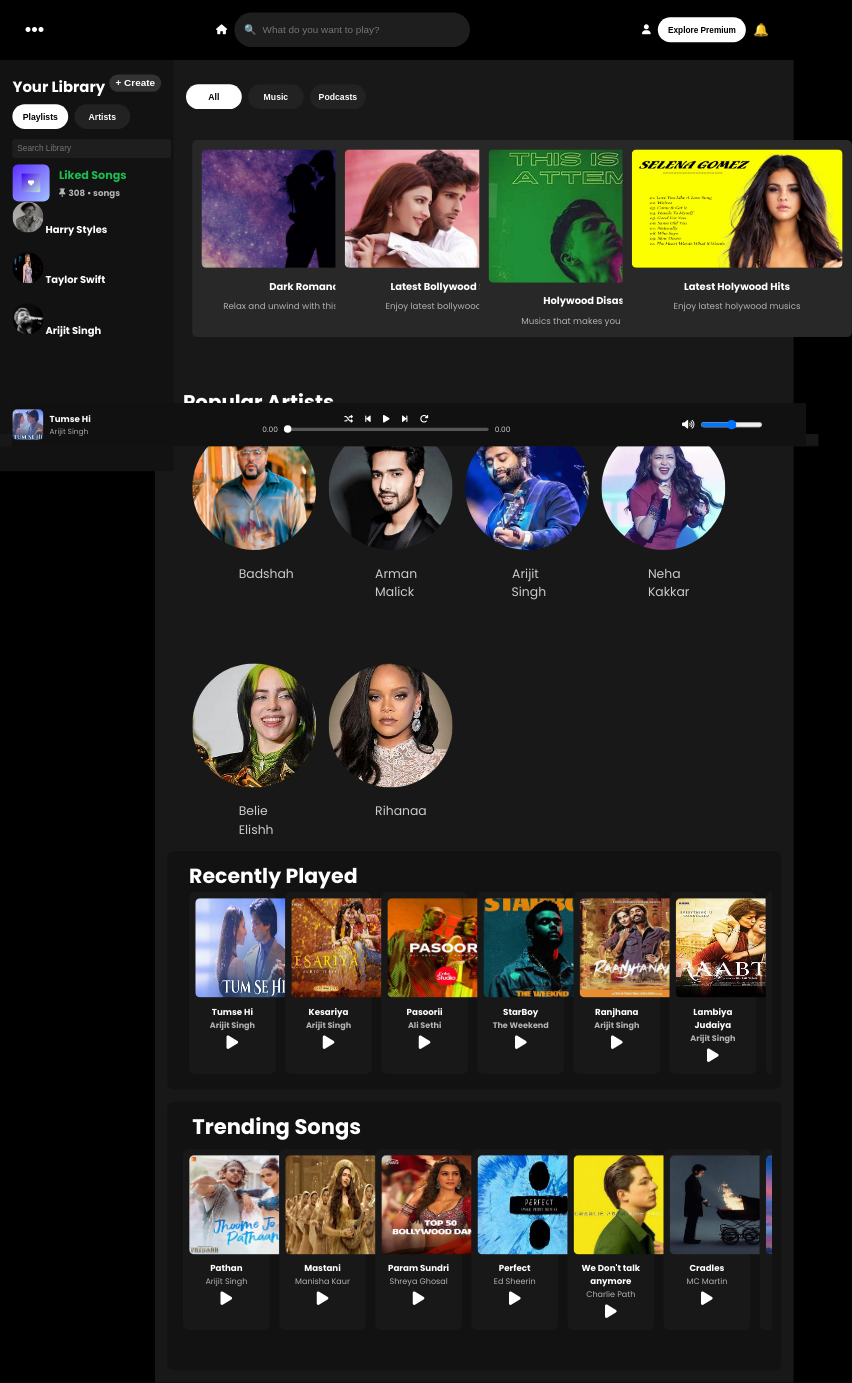
Repository: IshikaSinghRajput/Spotify_Clone
Page: index.html
An editor plug-in stored every save of this project. The page is shown before and after the next save, followed by the edit.
The browser window is 1280 px wide. The page is 1374 px wide, so the pictures cover 1374 px, including what lies to the right of the window. The pictures show the whole page, at 62% of full size.

Above is the page before, as saved 2025-04-26 15:51:53.

After the next save:
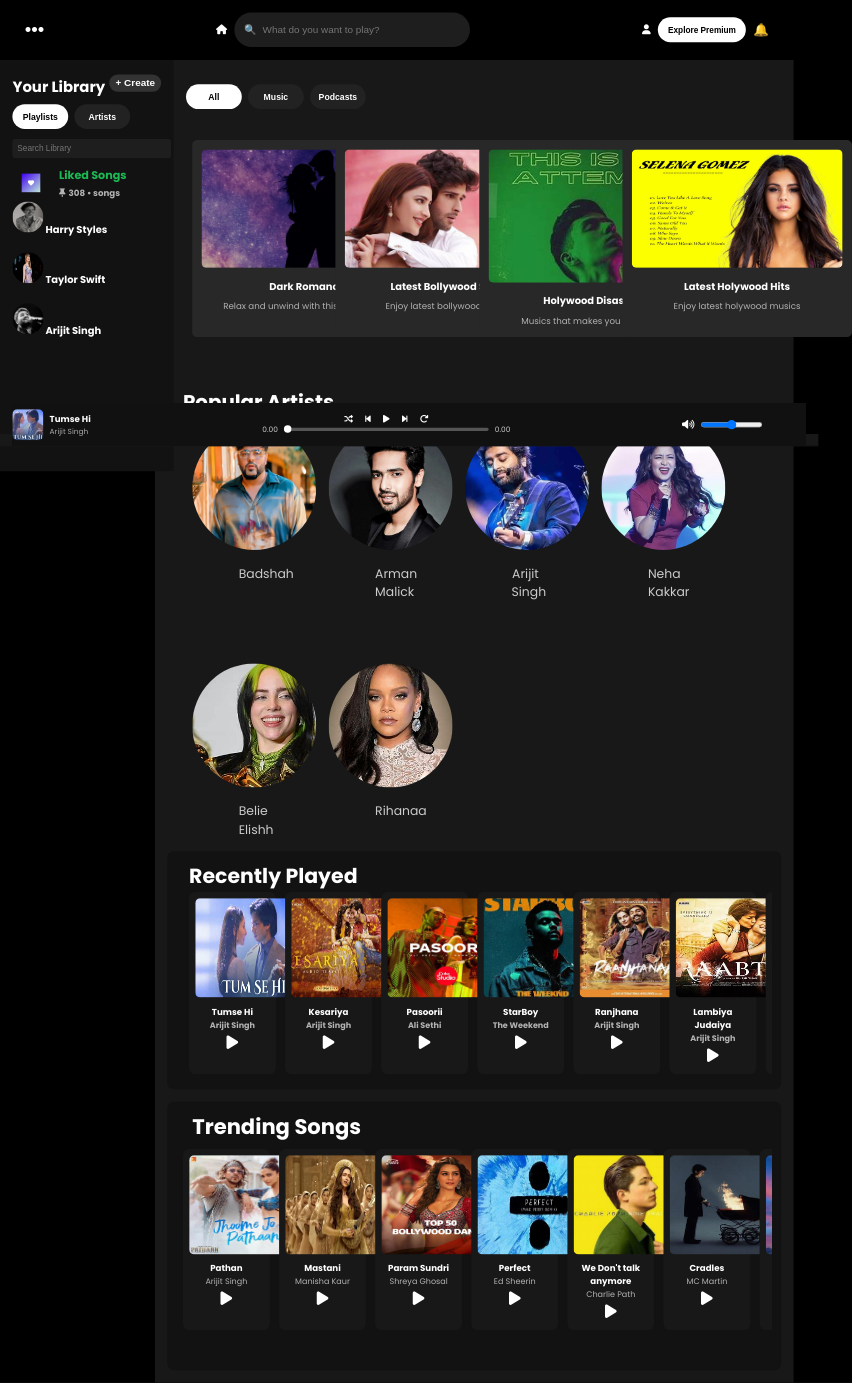
Saved 14 s later.
--- a/style.css
+++ b/style.css
@@ -569,7 +569,7 @@
   .icon {
     width: 60px;
     height: 60px;
-    background: linear-gradient(135deg, #5b2bff, #a5c4ff);
+
     display: flex;
     justify-content: center;
     align-items: center;
